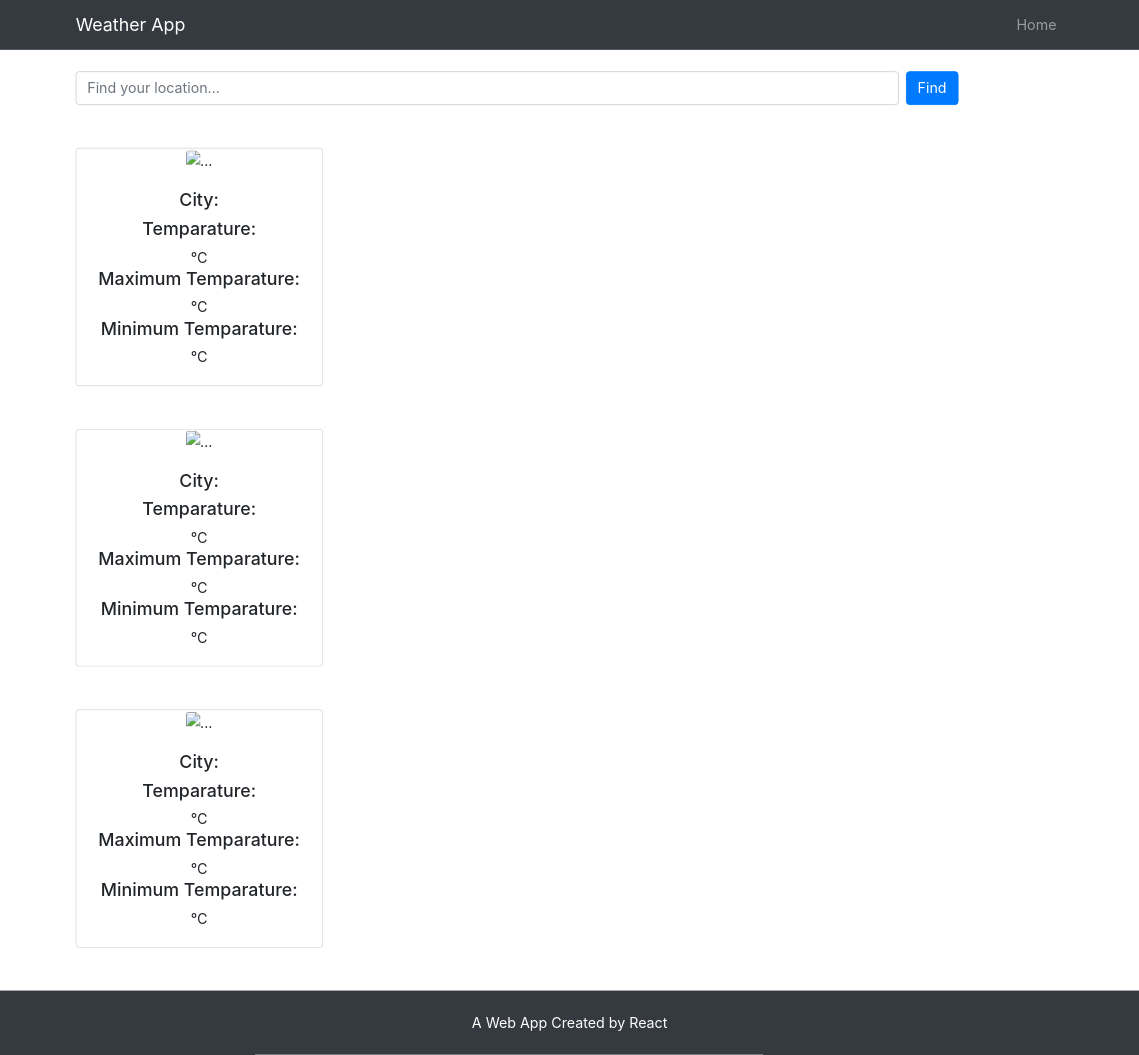
Repository: smk87/weather-app-react
Page: /
An editor plug-in stored every save of this project. The page is shown before and after the next save, followed by the edit.
The browser window is 1280 px wide. The pictures show the whole page, at 89% of full size.
The page's requests for data from a server got no answer. Some web libraries are served in a nearby version. The project was rebuilt for these pictures with package versions that can differ from the ones it lists, and the page was loaded fresh each time. A package was used in the major version that the imports need, not the one package.json lists. No one was signed in, and anything a server would have sent is missing.

Above is the page before, as saved 2019-02-06 17:33:54.

### public/index.html
<!DOCTYPE html>
<html lang="en">
  <head>
    <meta charset="utf-8" />
    <link rel="shortcut icon" href="%PUBLIC_URL%/favicon.ico" />
    <meta
      name="viewport"
      content="width=device-width, initial-scale=1, shrink-to-fit=no"
    />
    <meta name="theme-color" content="#000000" />
    <!--
      manifest.json provides metadata used when your web app is added to the
      homescreen on Android. See https://developers.google.com/web/fundamentals/web-app-manifest/
    -->
    <link rel="manifest" href="%PUBLIC_URL%/manifest.json" />
    <link
      rel="stylesheet"
      href="https://stackpath.bootstrapcdn.com/bootstrap/4.2.1/css/bootstrap.min.css"
      integrity="sha384-GJzZqFGwb1QTTN6wy59ffF1BuGJpLSa9DkKMp0DgiMDm4iYMj70gZWKYbI706tWS"
      crossorigin="anonymous"
    />
    <script
      defer
      src="https://use.fontawesome.com/releases/v5.6.3/js/all.js"
      integrity="sha384-EIHISlAOj4zgYieurP0SdoiBYfGJKkgWedPHH4jCzpCXLmzVsw1ouK59MuUtP4a1"
      crossorigin="anonymous"
    ></script>
    <!--
      Notice the use of %PUBLIC_URL% in the tags above.
      It will be replaced with the URL of the `public` folder during the build.
      Only files inside the `public` folder can be referenced from the HTML.

      Unlike "/favicon.ico" or "favicon.ico", "%PUBLIC_URL%/favicon.ico" will
      work correctly both with client-side routing and a non-root public URL.
      Learn how to configure a non-root public URL by running `npm run build`.
    -->
    <title>React App</title>
  </head>
  <body>
    <noscript>You need to enable JavaScript to run this app.</noscript>
    <div id="root"></div>
    <!--
      This HTML file is a template.
      If you open it directly in the browser, you will see an empty page.

      You can add webfonts, meta tags, or analytics to this file.
      The build step will place the bundled scripts into the <body> tag.

      To begin the development, run `npm start` or `yarn start`.
      To create a production bundle, use `npm run build` or `yarn build`.
    -->

    <script
      src="https://code.jquery.com/jquery-3.3.1.slim.min.js"
      integrity="sha384-q8i/X+965DzO0rT7abK41JStQIAqVgRVzpbzo5smXKp4YfRvH+8abtTE1Pi6jizo"
      crossorigin="anonymous"
    ></script>
    <script
      src="https://cdnjs.cloudflare.com/ajax/libs/popper.js/1.14.6/umd/popper.min.js"
      integrity="sha384-wHAiFfRlMFy6i5SRaxvfOCifBUQy1xHdJ/yoi7FRNXMRBu5WHdZYu1hA6ZOblgut"
      crossorigin="anonymous"
    ></script>
    <script
      src="https://stackpath.bootstrapcdn.com/bootstrap/4.2.1/js/bootstrap.min.js"
      integrity="sha384-B0UglyR+jN6CkvvICOB2joaf5I4l3gm9GU6Hc1og6Ls7i6U/mkkaduKaBhlAXv9k"
      crossorigin="anonymous"
    ></script>
  </body>
</html>

### src/App.js
import React, { Component } from "react";
import { BrowserRouter as Router, Route, Switch } from "react-router-dom";
import logo from "./logo.svg";
import "./App.css";

//Import Layout Components
import NavBar from "./components/NavBar";
import Footer from "./components/Footer";
import Home from "./components/Home";

class App extends Component {
  render() {
    return (
      <Router>
        <div className="App">
          <NavBar />
          <Route exact path="/" component={Home} />
          <Footer />
        </div>
      </Router>
    );
  }
}

export default App;

### src/components/NavBar.js
import React, { Component } from "react";
import { Link } from "react-router-dom";

export default class NavBar extends Component {
  render() {
    return (
      <div>
        <nav className="navbar navbar-expand-sm navbar-dark bg-dark mb-4">
          <div className="container">
            <Link className="navbar-brand" to="/">
              Weather App
            </Link>
            <button
              className="navbar-toggler"
              type="button"
              data-toggle="collapse"
              data-target="#mobile-nav"
            >
              <span className="navbar-toggler-icon" />
            </button>

            <div className="collapse navbar-collapse" id="mobile-nav">
              <ul className="navbar-nav mr-auto" />
              <ul className="navbar-nav ml-auto">
                <li className="nav-item">
                  <Link className="nav-link" to="/">
                    Home
                  </Link>
                </li>
              </ul>
            </div>
          </div>
        </nav>
      </div>
    );
  }
}

### src/components/Footer.js
import React from "react";

export default function Footer() {
  return (
    <footer className="bg-dark text-white mt-5 p-4 text-center">
      A Web App Created by React
    </footer>
  );
}

### src/components/Home.js
import React, { Component } from "react";
import { Link } from "react-router-dom";
import Weather from "./Weather";

export default class Home extends Component {
  constructor() {
    super();

    this.state = {
      search: ""
    };
  }
  onChange = e => {
    this.setState({
      [e.target.name]: e.target.value
    });
  };
  onSubmit = e => {
    e.preventDefault();
    console.log(this.state);
  };

  render() {
    return (
      <div>
        <div className="container">
          <form onSubmit={this.onSubmit} action="#" className="form-inline">
            <input
              type="text"
              name="search"
              className="form-control col-md-10"
              placeholder="Find your location..."
              value={this.state.search}
              onChange={this.onChange}
            />
            <input
              type="submit"
              className="ml-2 btn btn-primary"
              value="Find"
            />
          </form>

          <div>
            <Weather id="2344116" />
            <Weather id="2344116" />
            <Weather id="2344116" />
          </div>
        </div>
      </div>
    );
  }
}

### src/components/Weather.js
import React, { Component } from "react";
import axios from "axios";

export default class Weather extends Component {
  constructor() {
    super();

    this.state = {
      cityname: "",
      id: "",
      temp: "",
      maxtemp: "",
      mintemp: "",
      logo: ""
    };
  }

  componentWillMount() {
    this.setState({ id: this.props.id });

    const url = `weather/weather.php?command=location&woeid=${this.props.id}`;
    // console.log(url);
    axios
      .get(url) //Used proxy to connect with local wamp server
      .then(res => {
        console.log(res.data);

        switch (res.data.consolidated_weather[0].weather_state_name) {
          case "Snow":
            this.setState({
              logo: "https://www.metaweather.com/static/img/weather/sn.svg"
            });
            break;
          case "Sleet":
            this.setState({
              logo: "https://www.metaweather.com/static/img/weather/sl.svg"
            });
            break;
          case "Hail":
            this.setState({
              logo: "https://www.metaweather.com/static/img/weather/h.svg"
            });
            break;
          case "Thunderstorm":
            this.setState({
              logo: "https://www.metaweather.com/static/img/weather/t.svg"
            });
            break;
          case "Heavy Rain":
            this.setState({
              logo: "https://www.metaweather.com/static/img/weather/hr.svg"
            });
            break;
          case "Light Rain":
            this.setState({
              logo: `https://www.metaweather.com/static/img/weather/lr.svg`
            });
            break;
          case "Showers":
            this.setState({
              logo: "https://www.metaweather.com/static/img/weather/s.svg"
            });
            break;
          case "Heavy Cloud":
            this.setState({
              logo: "https://www.metaweather.com/static/img/weather/hc.svg"
            });
            break;
          case "Light Cloud":
            this.setState({
              logo: "https://www.metaweather.com/static/img/weather/lc.svg"
            });
            break;
          case "Clear":
            this.setState({
              logo: "https://www.metaweather.com/static/img/weather/c.svg"
            });
            break;
        }
        this.setState({
          cityname: res.data.title,
          temp: res.data.consolidated_weather[0].the_temp.toPrecision(3),
          maxtemp: res.data.consolidated_weather[0].max_temp.toPrecision(3),
          mintemp: res.data.consolidated_weather[0].min_temp.toPrecision(3)
        });
      })
      .catch(err => console.log(err));
  }

  render() {
    return (
      <div className="mt-5 mr-2 h-50 w-25 card">
        <div>
          <img src={this.state.logo} className="card-img-top" alt="..." />
        </div>
        <div className="card-body">
          <div className="card-text">
            <h5>City: </h5> {this.state.cityname}
          </div>
          <div className="card-text">
            <h5>Temparature: </h5> {this.state.temp}
            <span>&#8451;</span>
          </div>
          <div className="card-text">
            {" "}
            <h5>Maximum Temparature: </h5> {this.state.maxtemp}
            <span>&#8451;</span>
          </div>
          <div className="card-text">
            {" "}
            <h5>Minimum Temparature: </h5>
            {this.state.mintemp}
            <span>&#8451;</span>
          </div>
        </div>
      </div>
    );
  }
}

Loaded but not shown: src/index.js (common file); src/index.css (common file); src/serviceWorker.js (common file); src/App.css (common file)

After the next save:
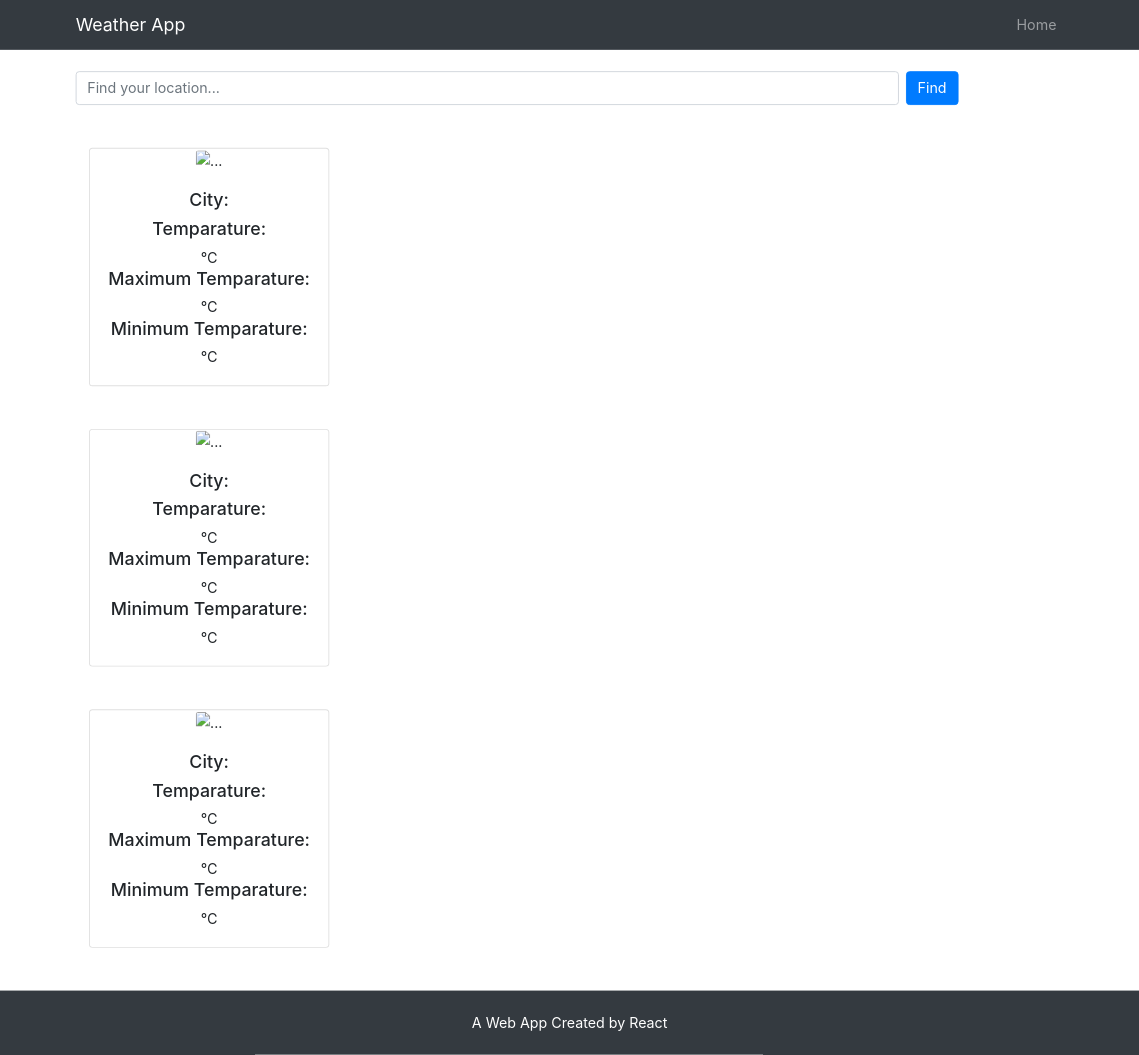
Saved 41 s later.
--- a/src/components/Home.js
+++ b/src/components/Home.js
@@ -40,7 +40,7 @@
             />
           </form>
 
-          <div>
+          <div className="container">
             <Weather id="2344116" />
             <Weather id="2344116" />
             <Weather id="2344116" />

After the save that followed:
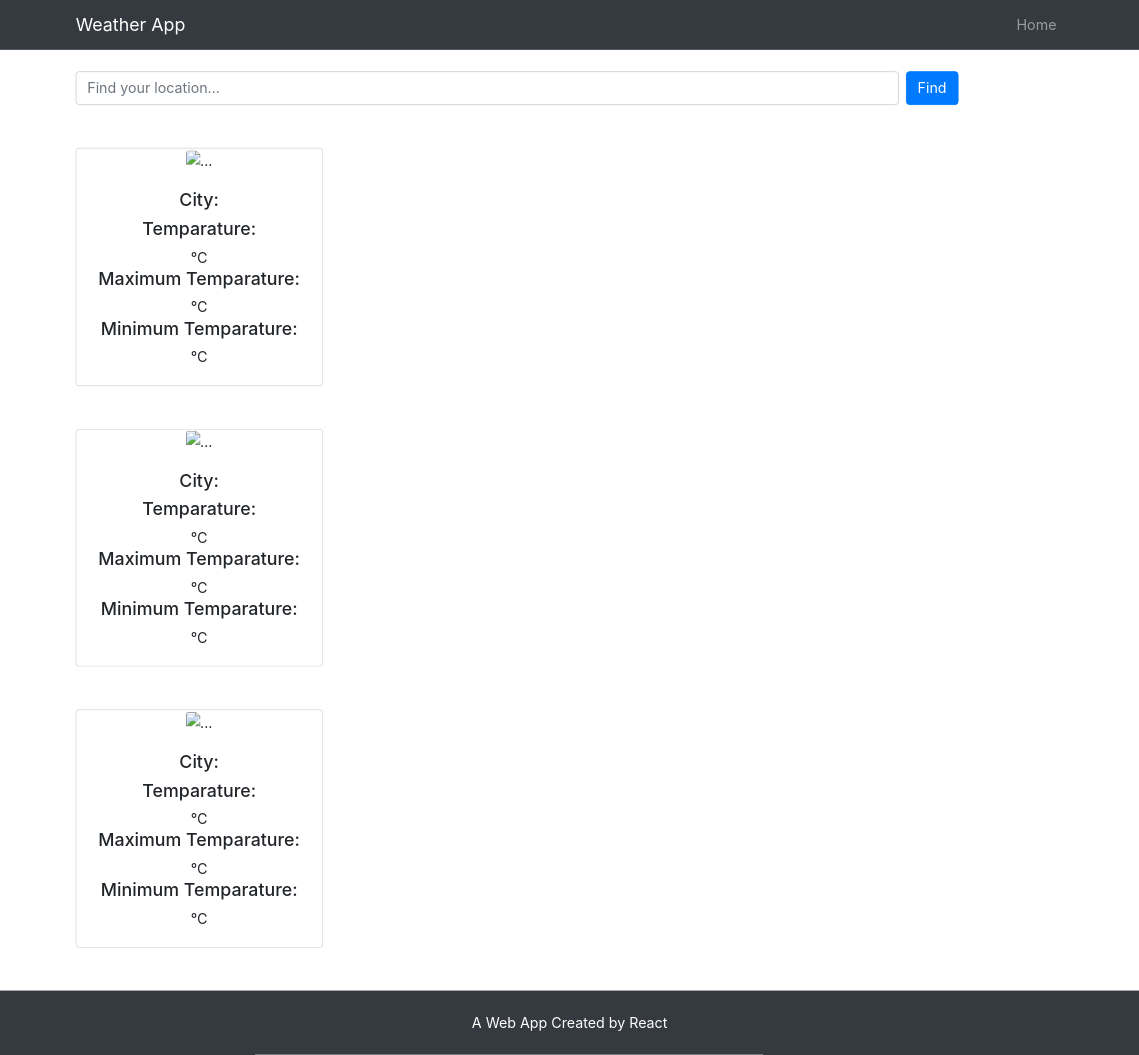
Saved 14 s later.
--- a/src/components/Home.js
+++ b/src/components/Home.js
@@ -40,11 +40,9 @@
             />
           </form>
 
-          <div className="container">
-            <Weather id="2344116" />
-            <Weather id="2344116" />
-            <Weather id="2344116" />
-          </div>
+          <Weather id="2344116" />
+          <Weather id="2344116" />
+          <Weather id="2344116" />
         </div>
       </div>
     );
